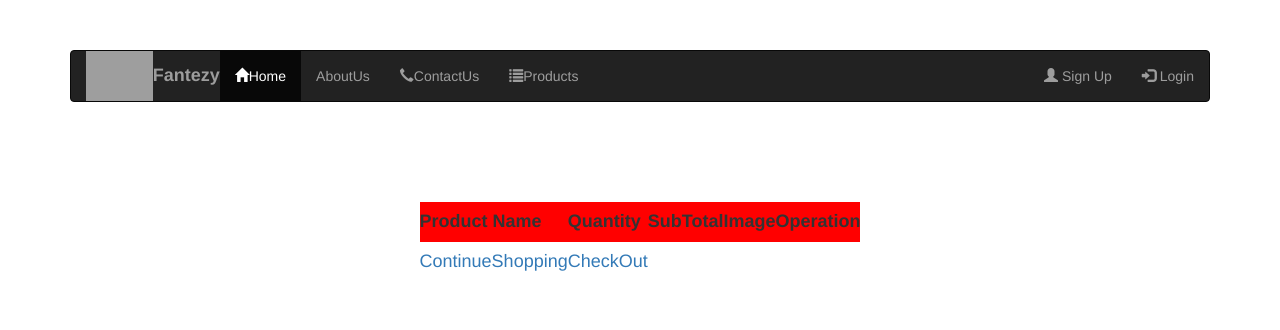
Repository: Safna93/eCommerce-project
Page: http://localhost/FantezyFrontendProject/WEB-INF/views/Cart.jsp
These files come from the project's save history. The page is drawn as it stood at one moment and after the next save; the edit follows.
The browser window is 1280 px wide. The pictures show the whole page.
Pictures or frames that could not be fetched are drawn as grey boxes. Some web libraries are served in a nearby version. The page is served by Tomcat 9. Nobody is signed in. The template is opened directly, without the code that normally fills it, so the values that code supplies are empty.

Above is the page before, as saved 2017-07-11 06:56:10.

After the next save:
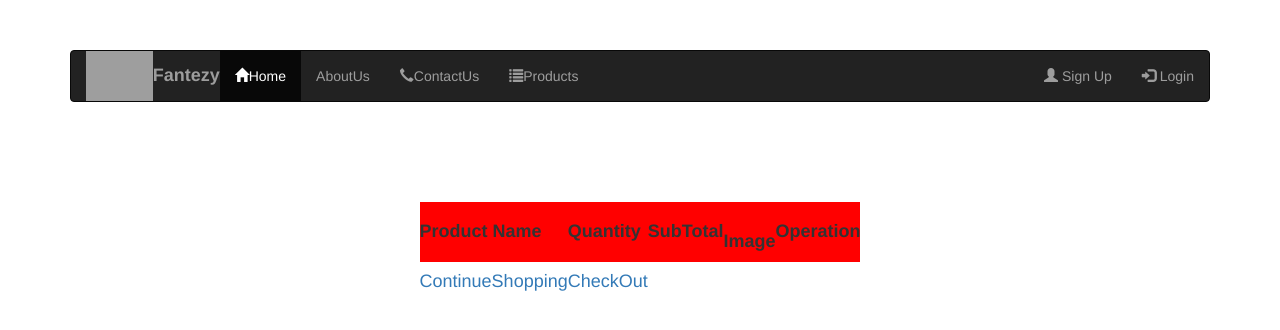
Saved 11 s later.
--- a/Fantezy Project/Fantezy/FantezyFrontendProject/src/main/webapp/WEB-INF/views/Cart.jsp
+++ b/Fantezy Project/Fantezy/FantezyFrontendProject/src/main/webapp/WEB-INF/views/Cart.jsp
@@ -6,7 +6,7 @@
 <td><h4><b>Product Name</b></h4></td>
 <td><h4><b>Quantity</b></h4></td>
 <td><h4><b>SubTotal</b></h4></td>
-<td><h4><b>  Image</b></h4></td>
+<td><h4><b> <br>Image</b></h4></td>
 <td><h4><b>Operation</b></h4></td>
 </tr>
 <c:forEach items="${cartitems }" var="cartitem">

After the save that followed:
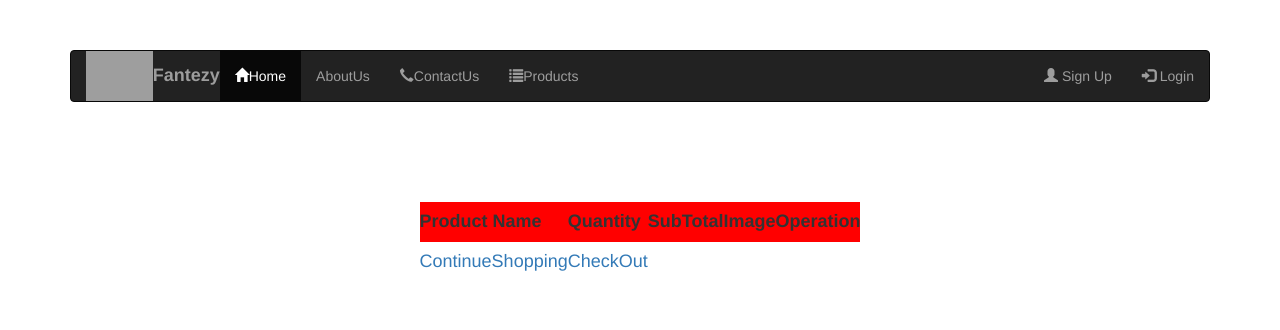
Saved 9 s later.
--- a/Fantezy Project/Fantezy/FantezyFrontendProject/src/main/webapp/WEB-INF/views/Cart.jsp
+++ b/Fantezy Project/Fantezy/FantezyFrontendProject/src/main/webapp/WEB-INF/views/Cart.jsp
@@ -6,7 +6,7 @@
 <td><h4><b>Product Name</b></h4></td>
 <td><h4><b>Quantity</b></h4></td>
 <td><h4><b>SubTotal</b></h4></td>
-<td><h4><b> <br>Image</b></h4></td>
+<td><h4><b>Image</b></h4></td>
 <td><h4><b>Operation</b></h4></td>
 </tr>
 <c:forEach items="${cartitems }" var="cartitem">
